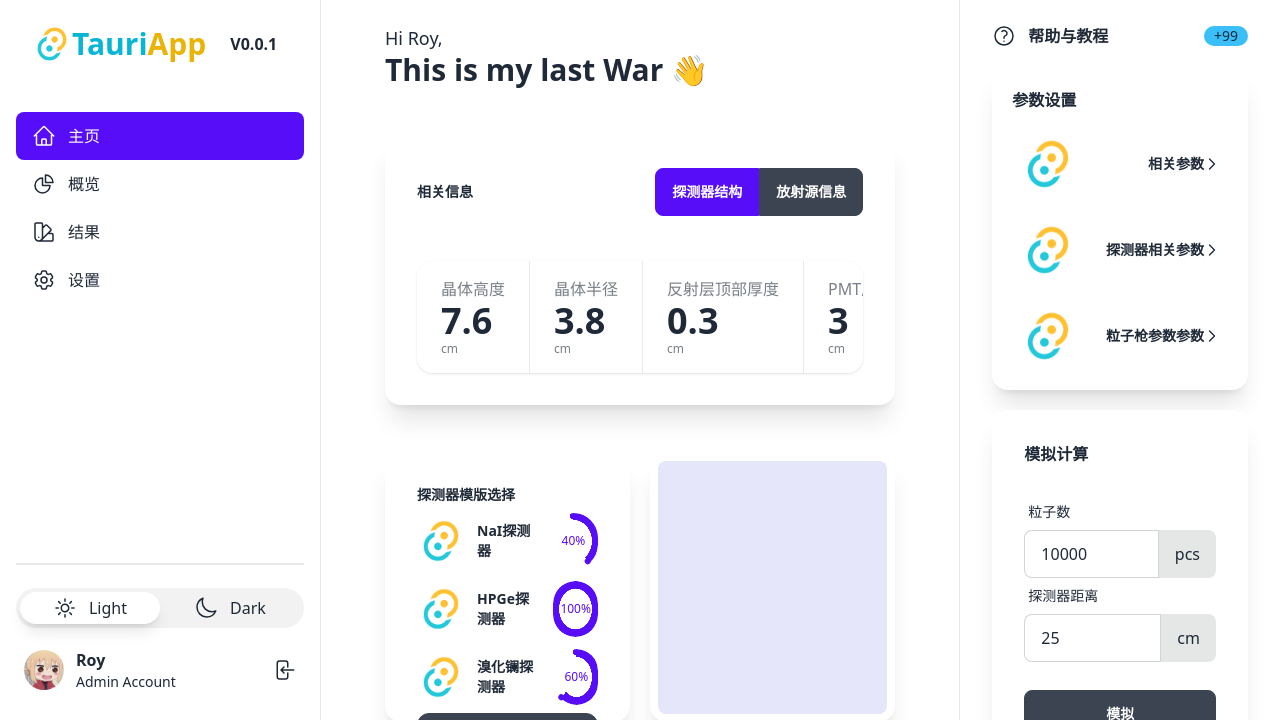
Repository: XMZOVO/tauri-geant4
Page: /
These files come from the project's save history. The page is drawn as it stood at one moment and after a run of saves; the edit follows.
The browser window is 1280 px wide. The pictures show the whole page.
The page's requests for data from a server got no answer. An inner scrolling area shows only its first screen. The project was rebuilt for these pictures with package versions that can differ from the ones it lists, and the page was loaded fresh each time. No one was signed in, and anything a server would have sent is missing. Also part of the build but not shown: vite.config.ts.

Above is the page before, as saved 2022-09-11 19:05:46.

### src/main.ts
import { createApp } from "vue";
import App from "./App.vue";
import "./index.css";
import { Router } from "./router";
import { createPinia } from "pinia";

const pinia = createPinia();

createApp(App).use(pinia).use(Router).mount("#app");

### src/router/index.ts
import { createRouter, createWebHistory } from "vue-router";

const routes = [
  {
    path: "",
    component: () => import("../components/MainWindow.vue"),
    children: [
      {
        path: "",
        component: () => import("../components/Home.vue"),
      },
      {
        path: "Setting",
        component: () => import("../components/Setting.vue"),
      },
      {
        path: "Results",
        component: () => import("../components/Results.vue"),
      },
      {
        path: "Overview",
        component: () => import("../components/Overview.vue"),
      },
      // {
      //   path: "Plan",
      //   component: () => import("../components/Plan.vue"),
      // },
    ],
  },
];

export const Router = createRouter({
  scrollBehavior: () => ({ left: 0, top: 0 }),
  history: createWebHistory(),
  routes,
});

### src/components/Home.vue
<script setup lang="ts">
import { ref, onMounted } from "vue";
import { invoke } from "@tauri-apps/api/tauri";
import { useRouter, onBeforeRouteLeave, onBeforeRouteUpdate } from "vue-router";
import path from "path";
import { exit } from "@tauri-apps/api/process";
import { fetch } from "@tauri-apps/api/http";

const router = useRouter();
const greetMsg = ref("");
const name = ref("");
let specFile = ref("");
let JSRootPath = ref("/JsRoot720/");

let detectorSrc = ref(
  JSRootPath.value +
    "index.htm?nobrowser&file=http://localhost:8080/file/G4Backend/build/rootFiles/test.root&item=Default;1&opt=ssao;transp60"
);

const parametersNames = ref([
  { name: "探测器结构", checked: true },
  { name: "放射源信息", checked: false },
]);
const selectedName = ref("钻井液性能");
const detectorProperties = ref([
  { name: "晶体高度", value: 7.6, unit: "cm" },
  { name: "晶体半径", value: 3.8, unit: "cm" },
  { name: "反射层顶部厚度", value: "0.3", unit: "cm" },
  { name: "PMT厚度", value: 3, unit: "cm" },
]);
const radioactiveProperties = ref([
  { name: "放射性同位素", value: "Co60", unit: "" },
  { name: "粒子数", value: 1000, unit: "" },
  { name: "3", value: 20, unit: "" },
  { name: "4", value: 0.02, unit: "" },
  { name: "5", value: 10, unit: "" },
]);
const detectorList = ref([
  { name: "NaI探测器", percent: 40 },
  { name: "HPGe探测器", percent: 100 },
  { name: "溴化镧探测器", percent: 60 },
]);
const paticleParameters = ref([
  { name: "粒子数", value: 10000, unit: "pcs" },
  { name: "探测器距离", value: 25, unit: "cm" },
]);
const btnWait = ref("");

async function greet() {
  greetMsg.value = await invoke("greet", { name: name.value });
}

onMounted(async () => {});

const parametersInfoChanged = (name: String) => {
  if (name == "探测器结构") {
    parametersNames.value[0].checked = true;
    parametersNames.value[1].checked = false;
  } else {
    parametersNames.value[0].checked = false;
    parametersNames.value[1].checked = true;
  }
};

const executeCalculate = async () => {
  if (paticleParameters.value[0].value > 10000000) {
    alert("粒子数过大");
    return;
  }
  btnWait.value = "loading";
  const response = await fetch("http://localhost:8080/g4", {
    method: "POST",
    query: {
      ch: detectorProperties.value[0].value.toString(),
      cr: detectorProperties.value[1].value.toString(),
      rtt: detectorProperties.value[2].value.toString(),
      num: paticleParameters.value[0].value.toString(),
    },
  }).then((res) => {
    btnWait.value = "";
    router.push({ path: "/Overview" });
  });
};

const refreshDetector = async () => {
  detectorSrc.value = " ";
  await fetch("http://localhost:8080/gdml", {
    method: "GET",
    query: {
      ch: detectorProperties.value[0].value.toString(),
      cr: detectorProperties.value[1].value.toString(),
      rtt: detectorProperties.value[2].value.toString(),
      pmt: detectorProperties.value[3].value.toString(),
    },
  }).then(() => {
    // let iframe: any = document.getElementById("iframe");
    // iframe.contentWindow.location.reload(true);
    detectorSrc.value =
      JSRootPath.value +
      "index.htm?nobrowser&file=http://localhost:8080/file/G4Backend/build/rootFiles/wtest.root&item=Default;1&opt=ssao;transp60";
  });
};

const exitApp = async () => {
  await exit(1);
};
</script>

<template>
  <!-- <div class="card">
    <input id="greet-input" v-model="name" placeholder="Enter a name..." />
    <button type="button" @click="greet()">Greet</button>
  </div>

  <p>{{ greetMsg }}</p> -->

  <div class="flex h-full w-full">
    <div class="w-2/3 space-y-12 border-r border-base-300 py-6 px-16">
      <div class="h-auto">
        <span class="block text-lg font-normal">Hi Roy,</span>
        <span class="block text-3xl font-bold"
          >This is my last War &#128075;</span
        >
      </div>
      <div class="card h-2/5 w-full shadow-xl">
        <div class="card-body justify-between">
          <div class="flex justify-between">
            <p class="card-title text-sm">相关信息</p>
            <!-- 选择框 -->
            <!-- <div class="form-control w-1/3 max-w-xs">
              <select
                class="select select-bordered focus:outline-none"
                @change="parametersInfoChanged($event)"
              >
                <option v-for="item in parametersNames">{{ item }}</option>
              </select>
            </div> -->
            <div class="btn-group">
              <input
                v-for="item in parametersNames"
                type="radio"
                name="options"
                :data-title="item.name"
                class="btn"
                :checked="item.checked"
                @change="parametersInfoChanged(item.name)"
              />
            </div>
          </div>
          <!-- 统计信息 -->
          <div
            class="stats stats-vertical overflow-hidden shadow lg:stats-horizontal"
          >
            <div
              class="stat"
              v-if="parametersNames[0].checked"
              v-for="item in detectorProperties"
            >
              <div class="stat-title">{{ item.name }}</div>
              <div class="stat-value">{{ item.value }}</div>
              <div class="stat-desc">{{ item.unit }}</div>
            </div>
            <div
              class="stat"
              v-if="parametersNames[1].checked"
              v-for="item in radioactiveProperties"
            >
              <div class="stat-title">{{ item.name }}</div>
              <div class="stat-value">{{ item.value }}</div>
              <div class="stat-desc">{{ item.unit }}</div>
            </div>
          </div>
        </div>
      </div>
      <!-- 底部双卡片 -->
      <div class="flex h-2/5 space-x-5">
        <!-- 1 -->
        <div class="card w-1/2 bg-base-100 shadow-xl">
          <div class="card-body">
            <p class="text-sm font-semibold">探测器模版选择</p>
            <!-- item -->
            <div class="flex flex-col gap-3">
              <div
                v-for="(item, index) in detectorList"
                class="flex items-center gap-3"
              >
                <img src="../assets/icon.png" class="h-12 w-12" />
                <p class="text-sm font-semibold">{{ item.name }}</p>
                <div
                  class="radial-progress text-xs text-primary"
                  :style="
                    '--value: ' +
                    item.percent +
                    '; --size: 3.5rem; --thickness: 6px'
                  "
                >
                  {{ item.percent }}%
                </div>
              </div>
            </div>
            <btn class="btn rounded-xl"> 更多模版</btn>
          </div>
        </div>
        <!-- 2 -->
        <div class="card w-1/2 bg-base-100 shadow-xl">
          <div class="card-body p-2">
            <iframe
              :src="detectorSrc"
              frameborder="0"
              class="h-full w-full rounded-lg"
            ></iframe>
            <!-- <div class="h-full w-full bg-black" id="drawing"></div> -->
          </div>
        </div>
      </div>
    </div>

    <!-- 右侧 -->
    <div class="w-1/3 flex-col space-y-5 px-8 pt-6">
      <!-- 帮助 -->
      <div class="flex items-center justify-between">
        <div class="flex items-center space-x-3">
          <svg
            xmlns="http://www.w3.org/2000/svg"
            fill="none"
            viewBox="0 0 24 24"
            stroke-width="1.5"
            stroke="currentColor"
            class="h-6 w-6"
          >
            <path
              stroke-linecap="round"
              stroke-linejoin="round"
              d="M9.879 7.519c1.171-1.025 3.071-1.025 4.242 0 1.172 1.025 1.172 2.687 0 3.712-.203.179-.43.326-.67.442-.745.361-1.45.999-1.45 1.827v.75M21 12a9 9 0 11-18 0 9 9 0 0118 0zm-9 5.25h.008v.008H12v-.008z"
            />
          </svg>
          <label class="font-bold">帮助与教程</label>
        </div>
        <div class="badge badge-info">+99</div>
      </div>
      <!-- 帮助 -->
      <!-- 卡1 -->
      <div class="flex space-x-5">
        <div class="card w-full overflow-visible bg-base-100 shadow-xl">
          <div class="card-body p-5">
            <div class="flex-col space-y-5">
              <p class="text-md font-bold">参数设置</p>

              <!-- 溢流物 -->
              <div class="dropdown-left dropdown w-full">
                <div
                  tabindex="0"
                  class="flex items-center justify-between rounded-xl px-2 py-1 duration-300 hover:cursor-pointer hover:bg-primary hover:text-base-100"
                >
                  <img src="../assets/icon.png" class="h-14 w-14 rounded-xl" />
                  <div class="flex items-center">
                    <p class="text-sm font-bold">相关参数</p>
                    <svg
                      xmlns="http://www.w3.org/2000/svg"
                      fill="none"
                      viewBox="0 0 24 24"
                      stroke-width="2"
                      stroke="currentColor"
                      class="h-4 w-4"
                    >
                      <path
                        stroke-linecap="round"
                        stroke-linejoin="round"
                        d="M8.25 4.5l7.5 7.5-7.5 7.5"
                      />
                    </svg>
                  </div>
                </div>
                <!-- 浮动窗口 -->
                <div
                  tabindex="0"
                  class="card dropdown-content rounded-box w-full bg-base-100 shadow"
                >
                  <div class="card-body space-y-3">
                    <p class="font-bold">设置相关参数</p>
                    <div
                      v-for="item in overflowParam"
                      class="flex items-center justify-between"
                    >
                      <p>{{ item.name }}</p>
                      <p class="font-bold text-primary">{{ item.percent }}%</p>
                      <input
                        type="range"
                        min="0"
                        max="100"
                        v-model="item.percent"
                        class="range range-xs w-1/2"
                        step="1"
                      />
                    </div>
                  </div>
                </div>
              </div>
              <!-- 溢流物 -->
              <!-- 钻井液 -->
              <div class="dropdown-left dropdown w-full">
                <div
                  tabindex="0"
                  class="flex items-center justify-between rounded-xl px-2 py-1 duration-300 hover:cursor-pointer hover:bg-primary hover:text-base-100"
                >
                  <img src="../assets/icon.png" class="h-14 w-14 rounded-xl" />
                  <div class="flex items-center">
                    <p class="text-sm font-bold">探测器相关参数</p>
                    <svg
                      xmlns="http://www.w3.org/2000/svg"
                      fill="none"
                      viewBox="0 0 24 24"
                      stroke-width="2"
                      stroke="currentColor"
                      class="h-4 w-4"
                    >
                      <path
                        stroke-linecap="round"
                        stroke-linejoin="round"
                        d="M8.25 4.5l7.5 7.5-7.5 7.5"
                      />
                    </svg>
                  </div>
                </div>
                <!-- 浮动窗口 -->
                <div
                  tabindex="0"
                  class="card dropdown-content rounded-box w-96 bg-base-100 shadow"
                >
                  <div class="card-body space-y-1">
                    <div class="flex items-center">
                      <p class="font-bold">设置探测器参数</p>
                      <button class="btn btn-xs" @click="refreshDetector">
                        刷新探测器模型
                      </button>
                    </div>
                    <div
                      v-for="item in detectorProperties"
                      class="form-control"
                    >
                      <label class="label">
                        <span class="label-text">{{ item.name }}</span>
                      </label>
                      <label class="input-group">
                        <input
                          type="text"
                          v-model="item.value"
                          class="input input-bordered w-3/4 focus:outline-none"
                        />
                        <span class="w-1/4">{{ item.unit }}</span>
                      </label>
                    </div>
                  </div>
                </div>
              </div>
              <!-- 钻井液 -->
              <!-- 节流压 -->
              <div class="dropdown-left dropdown w-full">
                <div
                  tabindex="0"
                  class="flex items-center justify-between rounded-xl px-2 py-1 duration-300 hover:cursor-pointer hover:bg-primary hover:text-base-100"
                >
                  <img src="../assets/icon.png" class="h-14 w-14 rounded-xl" />
                  <div class="flex items-center">
                    <p class="text-sm font-bold">粒子枪参数参数</p>
                    <svg
                      xmlns="http://www.w3.org/2000/svg"
                      fill="none"
                      viewBox="0 0 24 24"
                      stroke-width="2"
                      stroke="currentColor"
                      class="h-4 w-4"
                    >
                      <path
                        stroke-linecap="round"
                        stroke-linejoin="round"
                        d="M8.25 4.5l7.5 7.5-7.5 7.5"
                      />
                    </svg>
                  </div>
                </div>
                <!-- 浮动窗口 -->
                <div
                  tabindex="0"
                  class="card dropdown-content rounded-box w-96 bg-base-100 shadow"
                >
                  <div class="card-body space-y-3">
                    <p class="font-bold">设置粒子枪参数</p>
                    <div
                      v-for="item in radioactiveProperties"
                      class="form-control"
                    >
                      <label class="label">
                        <span class="label-text">{{ item.name }}</span>
                      </label>
                      <label class="input-group">
                        <input
                          type="text"
                          v-model="item.value"
                          class="input input-bordered w-3/4 focus:outline-none"
                        />
                        <span class="w-1/4">{{ item.unit }}</span>
                      </label>
                    </div>
                  </div>
                </div>
              </div>
              <!-- 节流压 -->
            </div>
          </div>
        </div>
      </div>
      <!-- 卡2 -->
      <div class="flex space-x-5">
        <div class="card w-full bg-base-100 shadow-xl">
          <div class="card-body space-y-5">
            <p class="text-md font-bold">模拟计算</p>
            <div>
              <div v-for="item in paticleParameters" class="form-control">
                <label class="label">
                  <span class="label-text">{{ item.name }}</span>
                </label>
                <label class="input-group">
                  <input
                    type="text"
                    placeholder="0.01"
                    v-model="item.value"
                    class="input input-bordered w-full focus:outline-none"
                  />
                  <span>{{ item.unit }}</span>
                </label>
              </div>
            </div>
            <!-- 计算 -->
            <button :class="'btn w-full ' + btnWait" @click="executeCalculate">
              模拟
            </button>
          </div>
        </div>
      </div>
    </div>
  </div>
</template>

<style scoped></style>

Loaded but not shown: index.html (common file); src/App.vue (common file); src/index.css (common file); tailwind.config.cjs (common file); public/JsRoot720/modules/d3.mjs (library); public/JsRoot720/modules/gui/HierarchyPainter.mjs (library); public/JsRoot720/modules/io.mjs (3859 lines, source omitted); public/JsRoot720/modules/gpad/TFramePainter.mjs (2781 lines, source omitted); public/JsRoot720/modules/gpad/TPadPainter.mjs (2078 lines, source omitted); public/JsRoot720/modules/gui/menu.mjs (1573 lines, source omitted); public/JsRoot720/modules/core.mjs (1681 lines, source omitted); public/JsRoot720/modules/gui/display.mjs (1711 lines, source omitted); public/JsRoot720/modules/base/ObjectPainter.mjs (1608 lines, source omitted); public/JsRoot720/modules/base/math.mjs (2061 lines, source omitted); public/JsRoot720/modules/gpad/TAxisPainter.mjs (1330 lines, source omitted); public/JsRoot720/modules/hist/TPavePainter.mjs (1257 lines, source omitted); public/JsRoot720/modules/base/latex.mjs (1324 lines, source omitted); public/JsRoot720/modules/draw.mjs (618 lines, source omitted); public/JsRoot720/modules/gui/utils.mjs (511 lines, source omitted); public/JsRoot720/modules/gpad/TCanvasPainter.mjs (756 lines, source omitted); public/JsRoot720/modules/base/BasePainter.mjs (670 lines, source omitted); public/JsRoot720/modules/base/TAttFillHandler.mjs (343 lines, source omitted); public/JsRoot720/modules/base/TAttMarkerHandler.mjs (292 lines, source omitted); public/JsRoot720/modules/gui.mjs (206 lines, source omitted); public/JsRoot720/modules/base/colors.mjs (172 lines, source omitted); public/JsRoot720/modules/base/TAttLineHandler.mjs (166 lines, source omitted); public/JsRoot720/modules/base/FontHandler.mjs (139 lines, source omitted); src/components/MainWindow.vue (303 lines, source omitted)

After the next 2 saves:
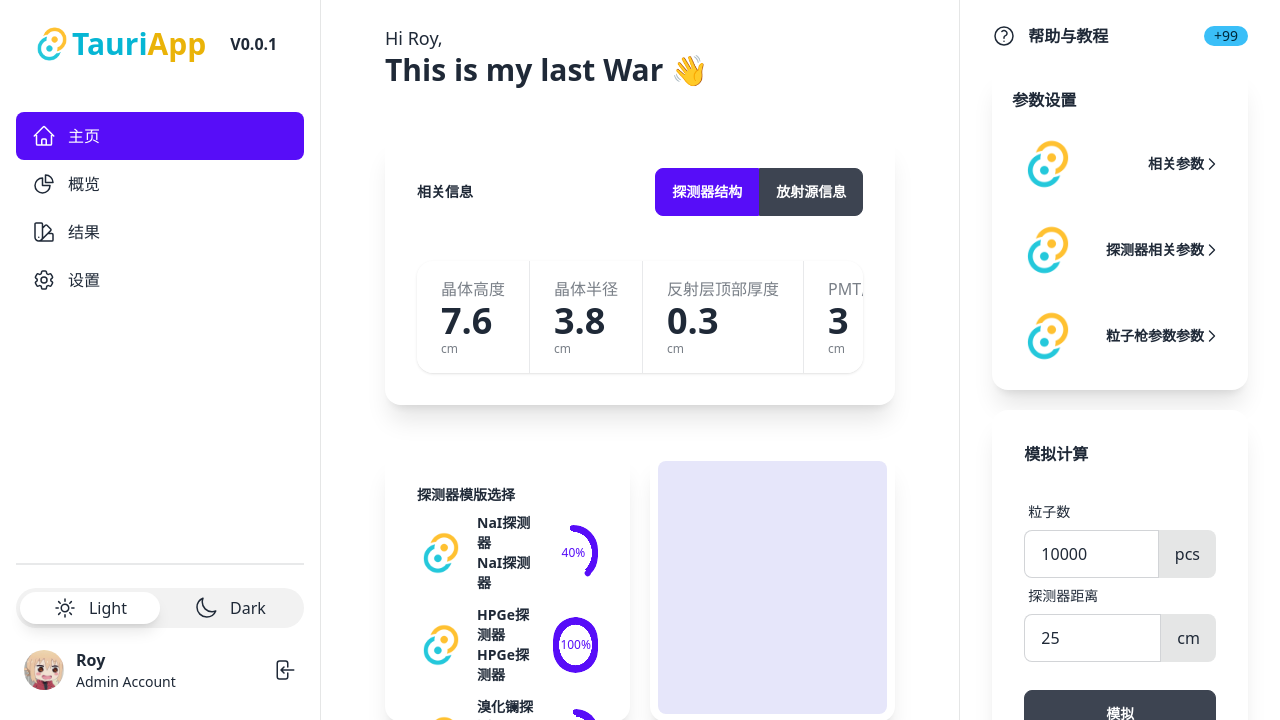
The 2 saves are shown as one change because they came seconds apart.
The last was saved 21 s later.
--- a/src/components/Home.vue
+++ b/src/components/Home.vue
@@ -185,7 +185,10 @@ const exitApp = async () => {
                 class="flex items-center gap-3"
               >
                 <img src="../assets/icon.png" class="h-12 w-12" />
-                <p class="text-sm font-semibold">{{ item.name }}</p>
+                <div class="flex flex-col">
+                  <p class="text-sm font-semibold">{{ item.name }}</p>
+                  <p class="text-sm font-semibold">{{ item.name }}</p>
+                </div>
                 <div
                   class="radial-progress text-xs text-primary"
                   :style="
